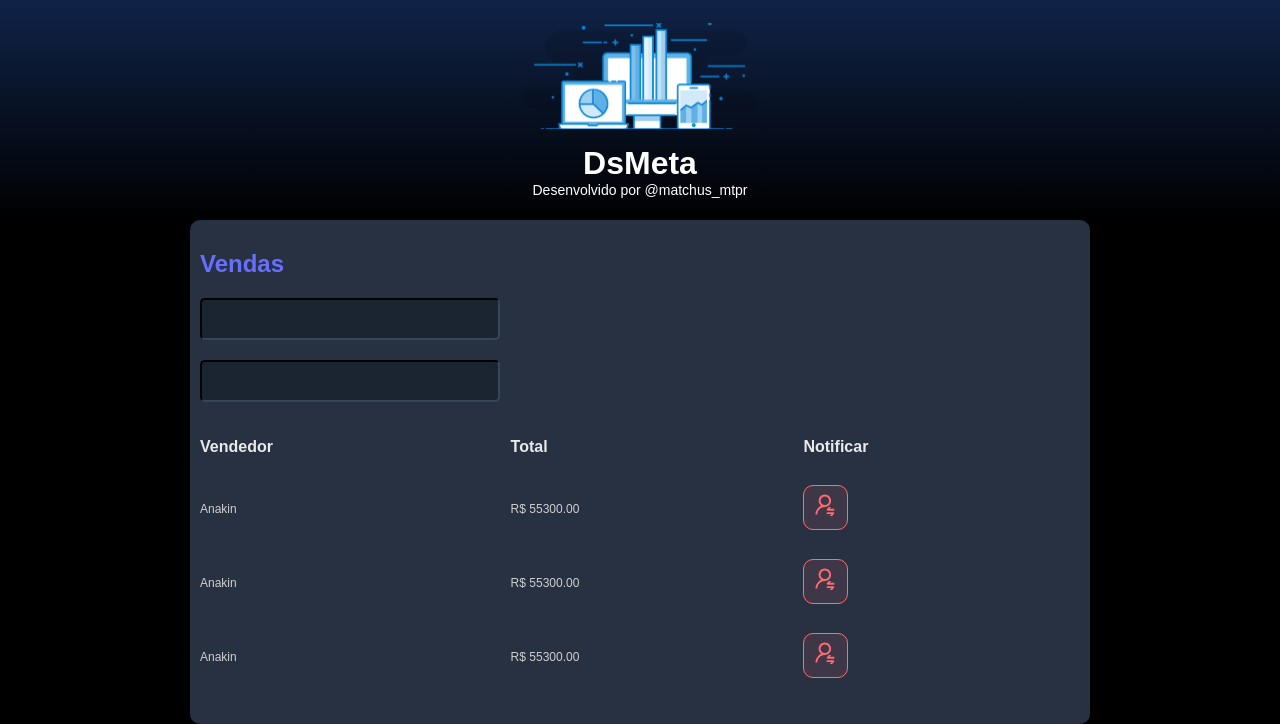
Repository: MatheusAlvesPereiraRosa/ds-meta
Page: index.html
The author's editor kept a copy of each file at every save. The page is drawn from the files as they stood at one save, then again after the next save.
The browser window is 1280 px wide. The pictures show the whole page.

Above is the page before, as saved 2022-09-05 16:30:21.

After the next save:
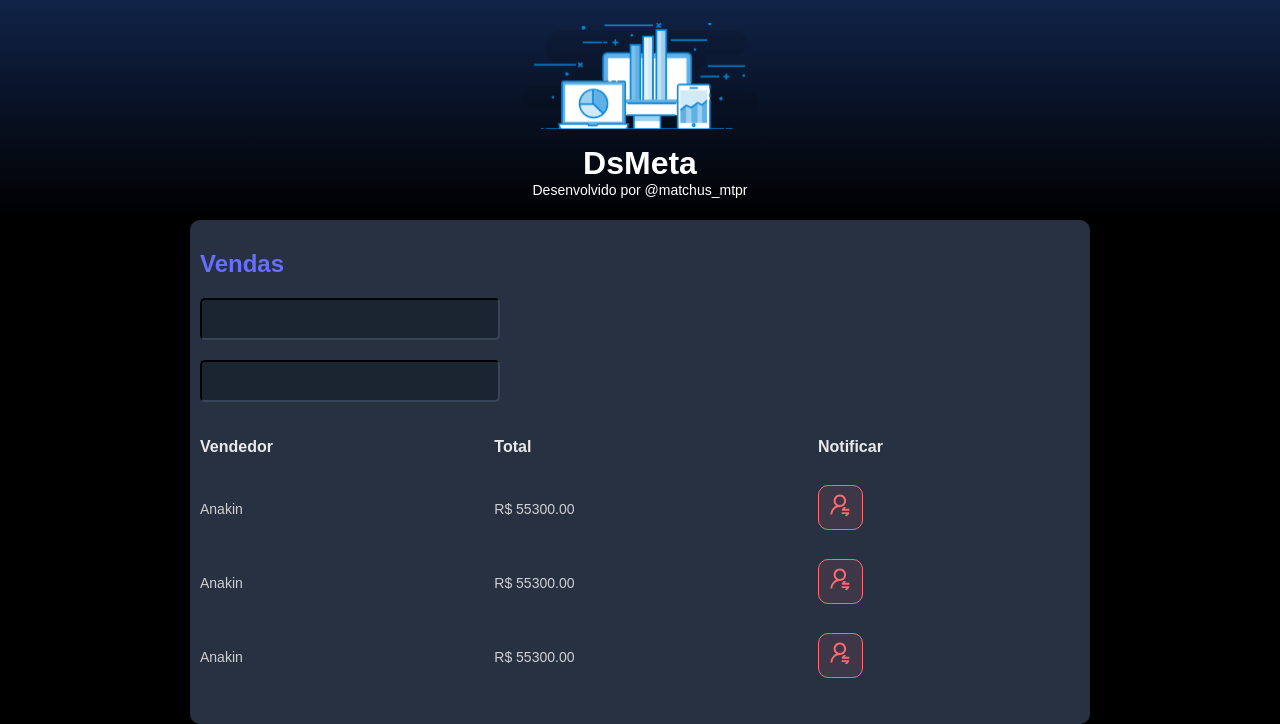
Saved 34 s later.
--- a/styles.css
+++ b/styles.css
@@ -92,7 +92,7 @@ a, a:hover, a:visited {
 
 .dsmeta-sales-table tbody{
     font-weight: 400;
-    font-size: 12px;
+    font-size: 14px;
     color: #CFCFCF;
 }
 
